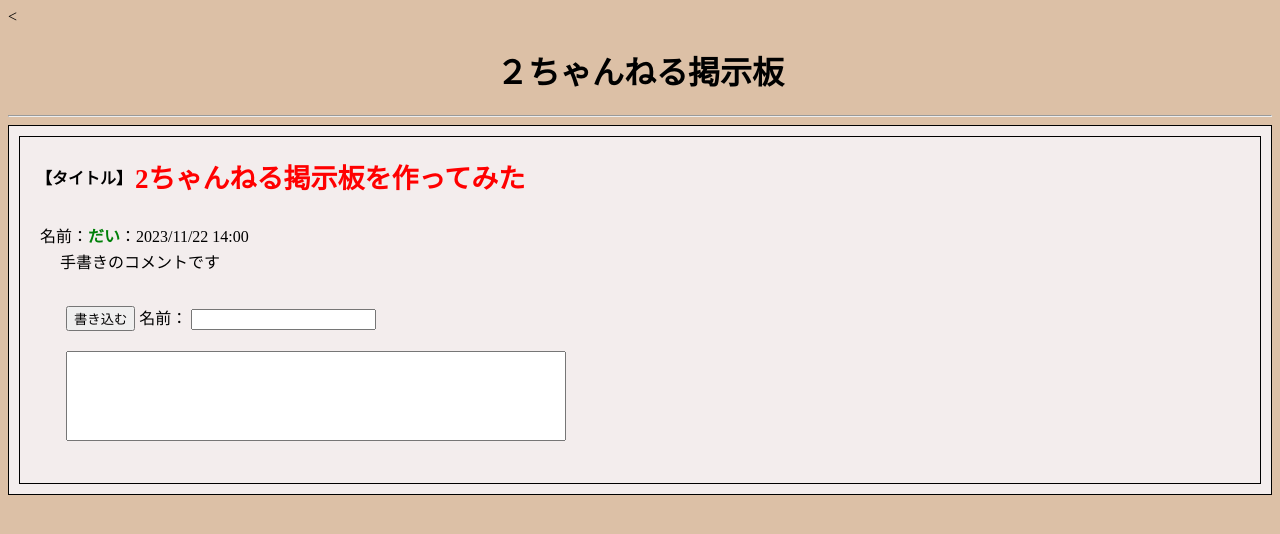
Repository: daidai0602/mba_portal
Page: http://localhost/
The author's editor kept a copy of each file at every save. The page is drawn from the files as they stood at one save, then again after the next save.
The browser window is 1280 px wide. The pictures show the whole page.
The page is run by PHP 8.4 with error messages shown; the project is at /var/www/html/.

Above is the page before, as saved 2023-11-22 15:10:56.

### index.php
<

<!DOCTYPE html>
<html lang="ja">

<head>
  <meta charset="UTF-8">
  <meta name="viewport" content="width=device-width, initial-scale=1.0">
  <title>2ちゃんねる掲示板</title>
  <link rel="stylesheet" href="./assets/css/style.css">
</head>

<body>
  <header>
    <h1 class = "title">２ちゃんねる掲示板</h1>
    <hr>
  </header>

  <!--スレッドエリア-->
  <div class="threadWrapper">
    <div class="childWrapper">
      <div class= "threadTitle">
        <span>【タイトル】</span>
        <h1>2ちゃんねる掲示板を作ってみた</h1>
      </div>
      <section>
        <article>
          <div class="wrapper">
            <div class="nameArea">
              <span>名前：</span>
              <p class="username">だい</p>
              <time?>：2023/11/22 14:00</time>
            </div>
            <p class="comment">手書きのコメントです</p>
          </div>
        </article>
      </section>
      <form class="formWrapper">
        <div>
          <input type="submit" value="書き込む">
          <label>名前：</label>
          <input type="text">
        </div>
        <div>
          <textarea class="commentTextArea"></textarea>
        </div>
      </form>
    </div>
  </div>


</body>
</html>

### assets/css/style.css
body {
  background-color: #dcc0a6;
}
.title {
  text-align: center;
  font-style: 34px;
}
.threadWrapper {
  background-color: #f3eded;
  padding: 10px;
  max-width: 1300px;
  margin: 0px auto;
  border: 1px solid black;
  margin-bottom: 20px;
}
.childWrapper {
  border: 1px solid black;
  padding: 10px;
}
.threadTitle {
  display: flex;
  align-items: center;
  font-weight: 600;
  margin-left: 6px;
  height: 60px;
}
.threadTitle h1{
  color: red;
  margin-left: 3px;
  font-size: 27px;
}
section {
  padding: 0 10px;
}
section .nameArea {
  display: flex;
  align-items: center;
  margin-bottom: -14px;
}

section .username {
  color: rgb(0, 128, 9);
  font-weight: 700;
}

section .comment {
  margin-top: 0;
  margin-left:20px;
}

.formWrapper {
  padding: 16px;
  margin-left: 20px;
}

.commentTextArea {
  margin-top: 20px;
  width: 500px;
  height: 90px;
  resize: none;
}

After the next save:
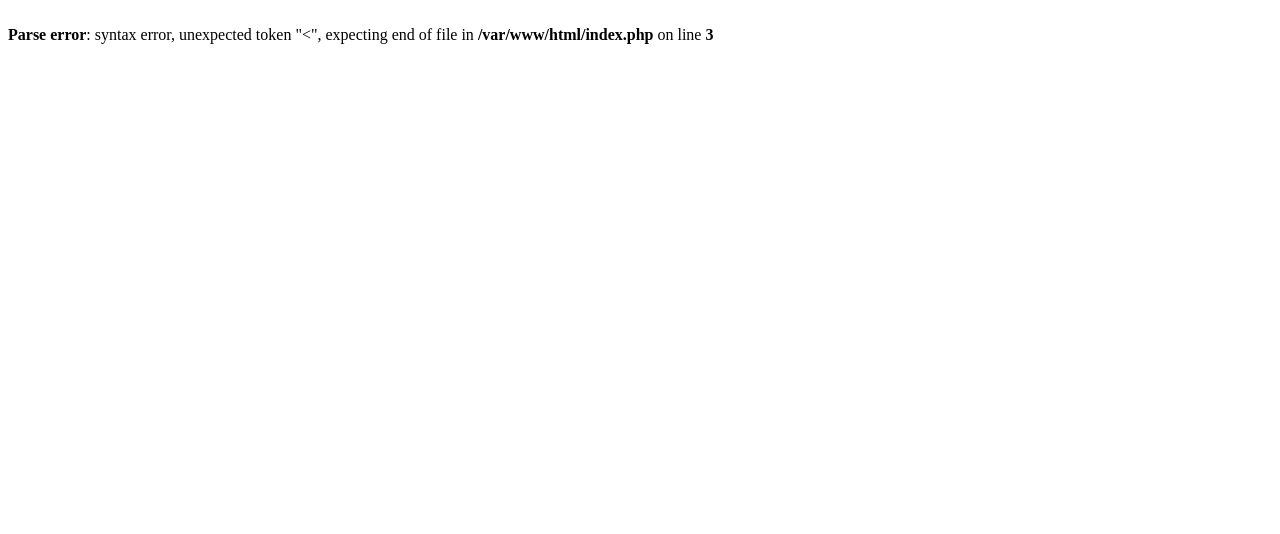
Saved 5 s later.
--- a/index.php
+++ b/index.php
@@ -1,4 +1,4 @@
-<
+<?php
 
 <!DOCTYPE html>
 <html lang="ja">

After the 4 saves that followed:
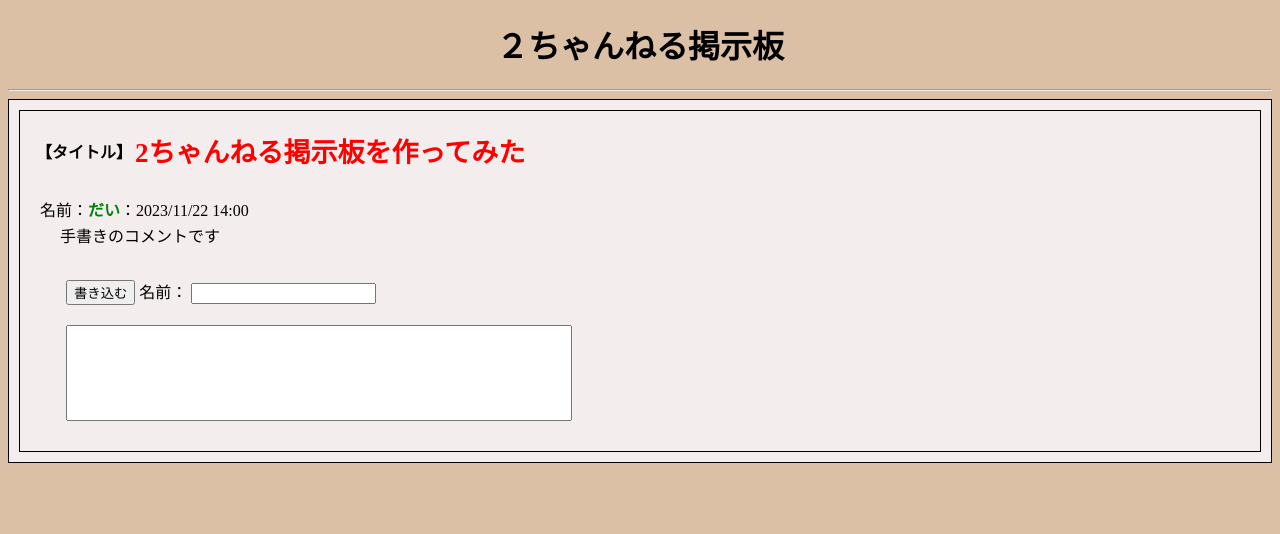
The 4 saves are shown as one change because they came seconds apart.
The last was saved 10 s later.
--- a/index.php
+++ b/index.php
@@ -1,4 +1,7 @@
 <?php
+
+
+?>
 
 <!DOCTYPE html>
 <html lang="ja">
